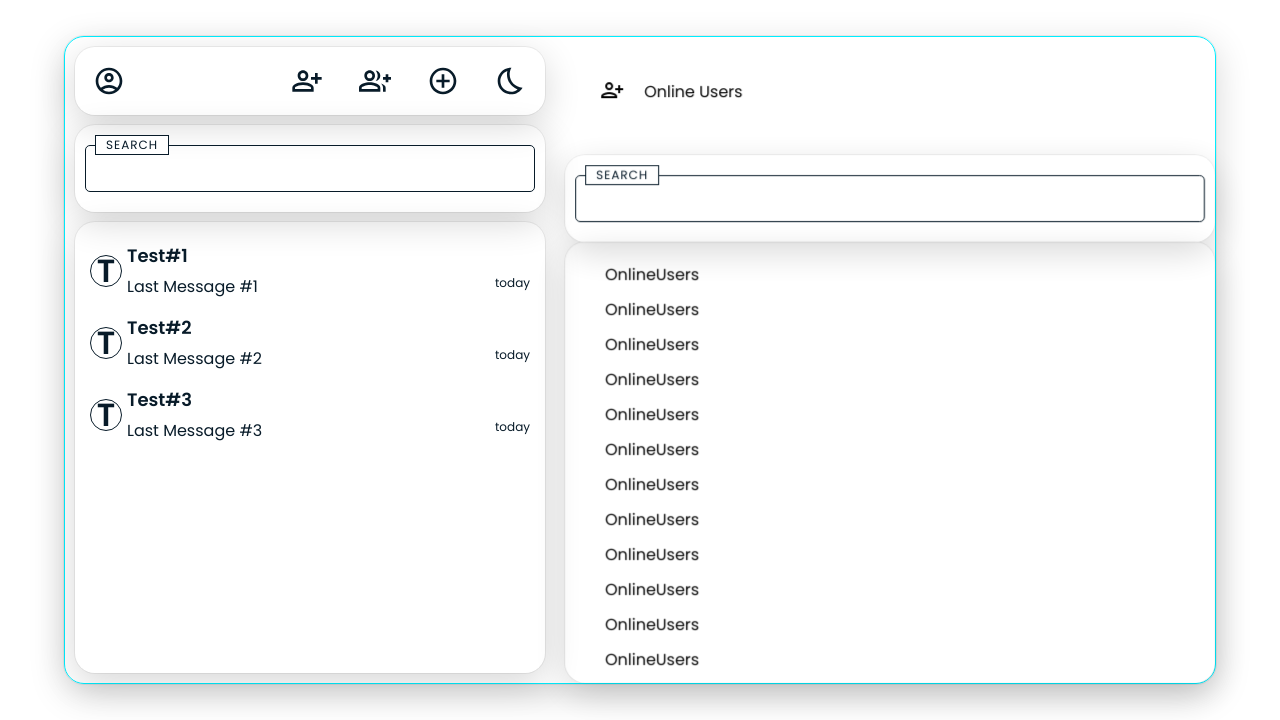
Repository: swastikjhacoder/mern-chat-frontend-only
Page: /users
An editor plug-in stored every save of this project. The page is shown before and after the next save, followed by the edit.
The browser window is 1280 px wide. The pictures show the whole page.
An inner scrolling area shows only its first screen. The project was rebuilt for these pictures with package versions that can differ from the ones it lists, and the page was loaded fresh each time. Also part of the build but not shown: src/components/loginSignup/Login.jsx, src/components/chat/MessageOthers.jsx, src/components/chat/MessageSelf.jsx, src/components/chat/ChatContainer.jsx. Imported but missing from the stored project, and not drawn on this page: src/components/loginSignup/SignUp.

Above is the page before, as saved 2023-09-21 22:15:12.

### src/index.js
import React from "react";
import ReactDOM from "react-dom/client";
import "./index.css";
import App from "./App";
import { BrowserRouter } from "react-router-dom";
import { Provider } from "react-redux";
import { store } from "./redux/store";

const root = ReactDOM.createRoot(document.getElementById("root"));
root.render(
  <React.StrictMode>
    <Provider store={store}>
      <BrowserRouter>
        <App />
      </BrowserRouter>
    </Provider>
  </React.StrictMode>
);

### src/index.css
@import url('https://fonts.googleapis.com/css2?family=Poppins:ital,wght@0,100;0,200;0,300;0,400;0,500;0,600;0,700;0,800;0,900;1,400&display=swap');

:root {
  --border-color: #0ef;
  --body-color: #081b29;
  --container-default-color: #fff;
  --self-message-background-color: #63d7b0;
  --other-message-background-color: #e2e4e3;
  --box-shadow: rgba(0, 0, 0, 0.16) 0px 10px 36px 0px, rgba(0, 0, 0, 0.06) 0px 0px 0px 1px;

  --large-font-size: 32px;
  --medium-font-size: 18px;
  --normal-font-size: 16px;
  --small-font-size: 12px;
  --tiny-font-size: 10px;

  --bolder-font-weight: 600;
}

::-webkit-scrollbar {
  width: 6px !important;
  height: 6px !important;
}

::-webkit-scrollbar-track {
  background: hsla(0, 0%, 100%, -1);
}

::-webkit-scrollbar-thumb {
  background: rgba(0, 0, 0, 0.2);
}


* {
  margin: 0;
  padding: 0;
  box-sizing: border-box;
  font-family: 'Poppins', sans-serif;
}

body {
  display: flex;
  flex-direction: column;
  justify-content: center;
  align-items: center;
}

.app-container {
  display: flex;
  width: 100vw;
  height: 100vh;
  flex-direction: column;
  justify-content: center;
  align-items: center;
}

.container {
  display: flex;
  flex-direction: row;
  gap: 10px;
  width: 90vw;
  height: 90vh;
  border-radius: 20px;
  border: 1px solid var(--border-color);
  box-shadow: var(--box-shadow);
}

.left-sidebar-container {
  display: flex;
  flex-direction: column;
  flex: 0.3;
  padding: 10px;
}

.sb-header {
  display: flex;
  flex-direction: row;
  border-radius: 20px;
  justify-content: space-between;
  box-shadow: var(--box-shadow);
}

.sb-header >div {
  width: max-content;
}

.icon {
  font-size: var(--large-font-size) !important;
  margin: 10px;
}

.sb-search {
  display: flex;
  flex-direction: row;
  width: 100%;
  padding: 10px;
  margin-top: 10px;
  border-radius: 20px;
  box-shadow: var(--box-shadow);
}

.input-box {
  position: relative;
  width: 450px;
  margin: 10px 0;
}

.input-box input {
  width: 100%;
  padding: 10px;
  background: transparent;
  border-radius: 5px;
  color: var(--body-color);
  outline: none;
  font-size: var(--title-text-size);
}

.input-box span {
  position: absolute;
  left: 0;
  padding: 0 10px;
  pointer-events: none;
  font-size: var(--small-font-size);
  text-transform: uppercase;
  letter-spacing: 1px;
  transform: translateX(10px) translateY(-10px);
}

.sb-conversations {
  background-color: var(--container-color);
  border-radius: 20px;
  padding: 10px 5px;
  margin-top: 10px;
  flex: 1;
  overflow-y: scroll;
  box-shadow: var(--box-shadow);
}

.conversation-container {
  display: grid;
  grid-template-columns: 32px auto auto;
  grid-template-rows: auto auto;
  column-gap: 10px;
  padding: 5px;
  gap: 5px;
  margin: 5px;
  border-radius: 20px;
  transition-duration: .5s;
}

.con-icon {
  grid-area: 1/1/3/2;
  display: flex;
  justify-content: center;
  align-items: center;
  font-size: var(--large-font-size);
  font-weight: var(--bolder-font-weight);
  height: 32px;
  width: 32px;
  padding: 2px;
  border-radius: 50%;
  justify-self: center;
  align-self: center;
}

.con-title {
  grid-area: 1/2/2/4;
  font-weight: var(--bolder-font-weight);
  font-size: var(--medium-font-size);
}

.con-lastMessage {
  font-size: var(--normal-font-size);
}

.con-timeStamp {
  justify-self: flex-end;
  font-size: var(--small-font-size);
}

.right-sidebar-container {
  flex: .7;
  display: flex;
  flex-direction: column;
  gap: 10px;
  padding: 10px;
  /* box-shadow: var(--box-shadow); */
}

.chat-header {
  display: flex;
  justify-content: space-between;
  column-gap: 10px;
  padding: 10px;
  border-radius: 20px;
  box-shadow: var(--box-shadow);
}

.chat-header-info {
  display: flex;
  flex-direction: row;
  justify-content: center;
  align-items: center;
  gap: 10px;
}

.chat-message {
  flex: 1;
  background-color: var(--container-color);
  border-radius: 20px;
  padding: 20px 40px;
  overflow-y: scroll;
  box-shadow: var(--box-shadow);
}

.chat-input {
  display: flex;
  flex-direction: row;
  justify-content: space-between;
  align-items: center;
  border-radius: 20px;
  padding: 10px;
  box-shadow: var(--box-shadow)
}

.self-message-container {
  display: flex;
  justify-content: flex-end;
}

.self-message {
  display: flex;
  flex-direction: column;
  background-color: var(--self-message-background-color);
  width: max-content;
  padding: 10px 10px;
  margin: 5px;
  border-radius: 20px;
}
.self-title {
  font-weight: var(--bolder-font-weight);
  font-size: var(--medium-font-size);
}

.self-message {
  font-size: var(--normal-font-size);
}

.self-timestamp {
  margin-left: auto;
  font-size: var(--small-font-size);
}

.other-message-container {
  display: flex;
  justify-content: flex-start;
  flex-direction: row;
  gap: 5px;
  width: max-content;
  padding: 10px 10px;
  margin: 5px;
  border-radius: 20px;
}

.other-icon {
  display: flex;
  justify-content: center;
  align-items: center;
  font-size: var(--large-font-size);
  font-weight: var(--bolder-font-weight);
  height: 32px;
  width: 32px;
  padding: 2px;
  border-radius: 50%;
  justify-self: center;
  align-self: center;
}

.other-text-content {
  display: flex;
  flex-direction: column;
  background-color: var(--other-message-background-color);
  padding: 10px 10px;
  border-radius: 20px;
}

.other-title {
  font-weight: var(--bolder-font-weight);
  font-size: var(--medium-font-size);
}

.other-message {
  font-size: var(--normal-font-size);
}

.other-timestamp {
  margin-left: auto;
  font-size: var(--small-font-size);
}

.list-container {
  flex: 0.7;
  display: flex;
  flex-direction: column;
}

.online-users-header {
  background-color: var(--container-color);
  border-radius: 20px;
  padding: 10px 15px;
  margin: 10px;
  display: flex;
  gap: 10px;
  box-shadow: var(--div-shadow);
  align-items: center;
}

.online-users-logo {
  height: 32px;
  width: 32px;
}

.online-users-logo img {
  width: 100%;
  height: 100%;
}

.online-users-list {
  display: flex;
  flex-direction: column;
  flex: 1;
  gap: 10px;
  padding: 10px;
  border-radius: 20px;
  padding: 20px 40px;
  overflow-y: scroll;
  box-shadow: var(--box-shadow);
  cursor: pointer;
  transition-duration: .5s;
}

### src/App.js
// import { Button } from "@mui/material";
// import React from "react";
// import { useSelector, useDispatch } from "react-redux";
// import { toggleDarkMode, addUser, removeUser } from './redux/liveChatSlice';

// function App() {
//   const dispatch = useDispatch();
//   const mode = useSelector((state) => state.liveChat.mode);
//   const userInfo = useSelector((state) => state.liveChat.userInfo);
//   const background = useSelector( ( state ) => state.liveChat.background );
//   console.log(mode);
//   console.log(userInfo);
//   console.log(background);
//   return (
//     <>
//       <Button onClick={() => dispatch(toggleDarkMode())}>Click Me</Button>
//     </>
//   );
// }

// export default App;

import React from "react";
import { useSelector } from "react-redux";
import "./index.css";
import { Routes, Route } from "react-router-dom";
import MainContainer from "./components/MainContainer";
import Login from "./components/loginSignup/Login";
import SignUp from "./components/loginSignup/SignUp";
import ChatContainer from "./components/chat/ChatContainer";
import OnlineUsersGroup from "./components/chat/OnlineUsersGroup";

const App = () => {
  const background = useSelector((state) => state.liveChat.background);
  // console.log(background);
  return (
    <>
      <div style={{ backgroundColor: background }} className="app-container">
        <Routes>
          <Route path="/" element={<MainContainer />}>
            <Route path="login" element={<Login />} />
            <Route path="signup" element={<SignUp />} />
            <Route path="chat" element={<ChatContainer />} />
            <Route path="users" element={<OnlineUsersGroup />} />
          </Route>
        </Routes>
      </div>
    </>
  );
};

export default App;

### src/redux/store.js
import { configureStore } from '@reduxjs/toolkit';
import liveChatReducer from './liveChatSlice';

export const store = configureStore({
  reducer: {
    liveChat: liveChatReducer,
  },
});

### src/components/MainContainer.jsx
import React from "react";
import { Outlet } from "react-router-dom";
import SideBar from "./chat/SideBar";
// import { useSelector } from "react-redux";
// import Login from "./loginSignup/Login";

const MainContainer = () => {
  // const user = useSelector((state) => state.liveChat.userInfo);
  // console.log(user);
  return (
    <>
      <div className="container">
        {/*
        { user ? <SideBar/> : <Login /> }*/
        }
        <SideBar />
        <Outlet />
      </div>
    </>
  );
};

export default MainContainer;

### src/components/chat/OnlineUsersGroup.jsx
import React from "react";
import { IconButton } from "@mui/material";
import PersonAddAlt1OutlinedIcon from "@mui/icons-material/PersonAddAlt1Outlined";
import { AnimatePresence, motion } from "framer-motion";
import { useSelector } from "react-redux";
import OnlineUsers from "./OnlineUsers";

const OnlineUsersGroup = () => {
  const { background, color } = useSelector((state) => state.liveChat);
  return (
    <AnimatePresence>
      <motion.div
        initial={{ opacity: 0, scale: 0 }}
        animate={{ opacity: 1, scale: 1 }}
        exit={{ opacity: 0, scale: 0 }}
        transition={{
          ease: "anticipate",
          duration: "0.3",
        }}
        className="list-container"
      >
        <div className="online-users-header">
          <div className="icon">
            <PersonAddAlt1OutlinedIcon />
          </div>
          <p>Online Users</p>
        </div>
        <div className="sb-search">
          <div className="input-box" style={{ flex: 1 }}>
            <input
              type="search"
              name="search"
              required="required"
              style={{ border: `1px solid ${color}`, color: color }}
            />
            <span
              style={{
                color: color,
                border: `1px solid ${color}`,
                background: background,
              }}
            >
              Search
            </span>
          </div>
        </div>
        <div className="online-users-list">
          <OnlineUsers />
          <OnlineUsers />
          <OnlineUsers />
          <OnlineUsers />
          <OnlineUsers />
          <OnlineUsers />
          <OnlineUsers />
          <OnlineUsers />
          <OnlineUsers />
          <OnlineUsers />
          <OnlineUsers />
          <OnlineUsers />
          <OnlineUsers />
          <OnlineUsers />
        </div>
      </motion.div>
    </AnimatePresence>
  );
};

export default OnlineUsersGroup;

### src/redux/liveChatSlice.js
import { createSlice } from "@reduxjs/toolkit";

const initialState = {
  mode: JSON.parse(localStorage.getItem("darkMode")) || false,
  userInfo: null,
  background: JSON.parse(localStorage.getItem("backgroundColor")) || "#fff",
  color: JSON.parse(localStorage.getItem("color")) || "#081b29",
};

export const liveChatSlice = createSlice({
  name: "liveChat",
  initialState,
  reducers: {
    toggleDarkMode: (state) => {
      state.mode = !state.mode;
      if (!state.mode) {
        state.background = "#fff";
        state.color = "#081b29";
      } else {
        state.background = "#081b29";
        state.color = "#fff";
      }
      localStorage.setItem("darkMode", JSON.stringify(state.mode));
      localStorage.setItem("backgroundColor", JSON.stringify(state.background));
      localStorage.setItem("color", JSON.stringify(state.color));
    },
    addUser: (state, action) => {
      state.userInfo = action.payload;
    },
    removeUser: (state) => {
      state.userInfo = null;
    },
  },
});

export const { toggleDarkMode, addUser, removeUser } =
  liveChatSlice.actions;
export default liveChatSlice.reducer;

### src/components/chat/SideBar.jsx
import React from "react";
import AccountCircleOutlinedIcon from "@mui/icons-material/AccountCircleOutlined";
import PersonAddAltOutlinedIcon from "@mui/icons-material/PersonAddAltOutlined";
import GroupAddOutlinedIcon from "@mui/icons-material/GroupAddOutlined";
import AddCircleOutlineOutlinedIcon from "@mui/icons-material/AddCircleOutlineOutlined";
import BedtimeOutlinedIcon from "@mui/icons-material/BedtimeOutlined";
import LightModeOutlinedIcon from "@mui/icons-material/LightModeOutlined";
import { useSelector, useDispatch } from "react-redux";
import { IconButton } from "@mui/material";
import { toggleDarkMode } from "../../redux/liveChatSlice";
import ConversationList from "./ConversationList";
import {useNavigate } from 'react-router-dom';

const SideBar = () =>
{
  const navigate = useNavigate();
  const dispatch = useDispatch();
  const { mode, background, color } = useSelector((state) => state.liveChat);
  const conversations = [
    {
      name: "Test#1",
      lastMessage: "Last Message #1",
      timeStamp: "today",
    },
    {
      name: "Test#2",
      lastMessage: "Last Message #2",
      timeStamp: "today",
    },
    {
      name: "Test#3",
      lastMessage: "Last Message #3",
      timeStamp: "today",
    },
  ];
  console.log(mode);
  return (
    <>
      <div className="left-sidebar-container">
        <div className="sb-header">
          <div>
            <IconButton>
              <AccountCircleOutlinedIcon
                className="icon"
                style={{ color: color }}
              />
            </IconButton>
          </div>
          <div>
            <IconButton>
              <PersonAddAltOutlinedIcon
                className="icon"
                style={ { color: color } }
                onClick={ () => { navigate( 'users' ); }}
              />
            </IconButton>
            <IconButton>
              <GroupAddOutlinedIcon className="icon" style={{ color: color }} />
            </IconButton>
            <IconButton>
              <AddCircleOutlineOutlinedIcon
                className="icon"
                style={{ color: color }}
              />
            </IconButton>
            <IconButton onClick={() => dispatch(toggleDarkMode())}>
              {mode ? (
                <LightModeOutlinedIcon
                  className="icon"
                  style={{ color: color }}
                />
              ) : (
                <BedtimeOutlinedIcon
                  className="icon"
                  style={{ color: color }}
                />
              )}
            </IconButton>
          </div>
        </div>
        <div className="sb-search">
          <div className="input-box">
            <input
              type="search"
              name="search"
              required="required"
              style={{ border: `1px solid ${color}`, color: color }}
            />
            <span
              style={{
                color: color,
                border: `1px solid ${color}`,
                background: background,
              }}
            >
              Search
            </span>
          </div>
        </div>
        <div className="sb-conversations">
          {conversations.map((conversation, index) => {
            return <ConversationList key={index} props={conversation} />;
          })}
        </div>
      </div>
    </>
  );
};

export default SideBar;

### src/components/chat/OnlineUsers.jsx
import React from 'react'

const OnlineUsers = () => {
  return (
    <div>OnlineUsers</div>
  )
}

export default OnlineUsers

### src/components/chat/ConversationList.jsx
import React from "react";
import { motion } from "framer-motion";
import { useNavigate} from 'react-router-dom';
import { useSelector } from "react-redux";

const ConversationList = ({ props }) => {
  const navigate = useNavigate();
  const { color } = useSelector((state) => state.liveChat);
  return (
    <>
      <motion.div
        whileHover={{ scale: 1.01, cursor: "pointer" }}
        whileTap={{ scale: 0.98 }}
        className="conversation-container"
        onClick={ () => { navigate( 'chat' ); }}
      >
        <p
          className="con-icon"
          style={{
            color: color,
            border: `1px solid ${color}`,
          }}
        >
          {props.name[0]}
        </p>
        <p className="con-title" style={{ color: color }}>
          {props.name}
        </p>
        <p className="con-lastMessage" style={{ color: color }}>
          {props.lastMessage}
        </p>
        <p className="con-timeStamp" style={{ color: color }}>
          {props.timeStamp}
        </p>
      </motion.div>
    </>
  );
};

export default ConversationList;

After the next save:
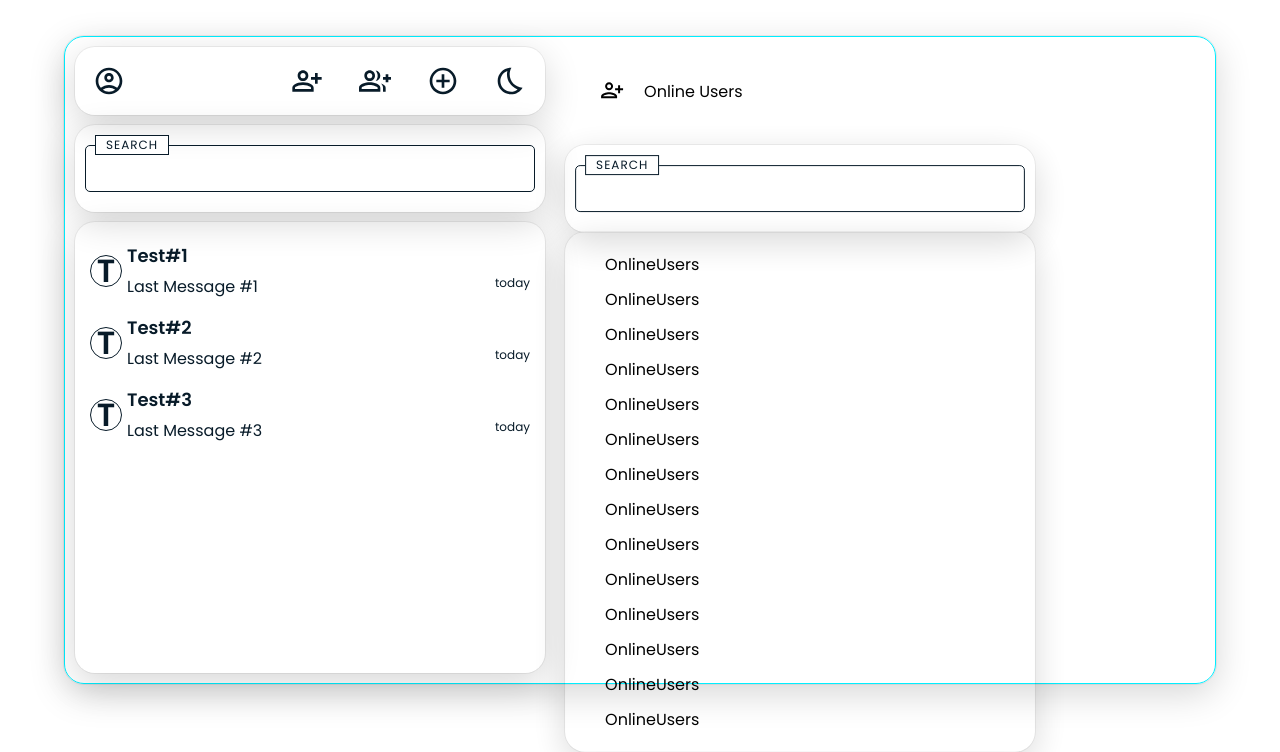
Saved 36 s later.
--- a/src/index.css
+++ b/src/index.css
@@ -298,12 +298,6 @@ body {
   font-size: var(--small-font-size);
 }
 
-.list-container {
-  flex: 0.7;
-  display: flex;
-  flex-direction: column;
-}
-
 .online-users-header {
   background-color: var(--container-color);
   border-radius: 20px;
